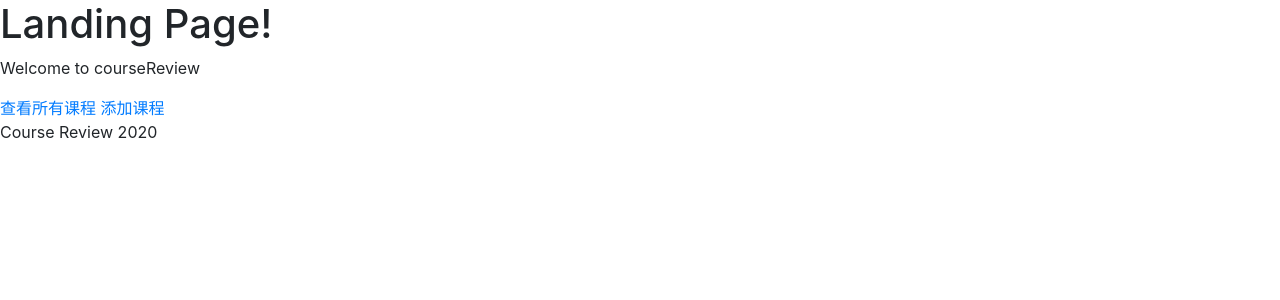
Repository: codewangg/CourseReview
Page: http://localhost/
These files come from the project's save history. The page is drawn as it stood at one moment and after the next save; the edit follows.
The browser window is 1280 px wide. The pictures show the whole page.
The page is served by the project's Node server (app.js).

Above is the page before, as saved 2020-08-15 18:12:31.

After the next save:
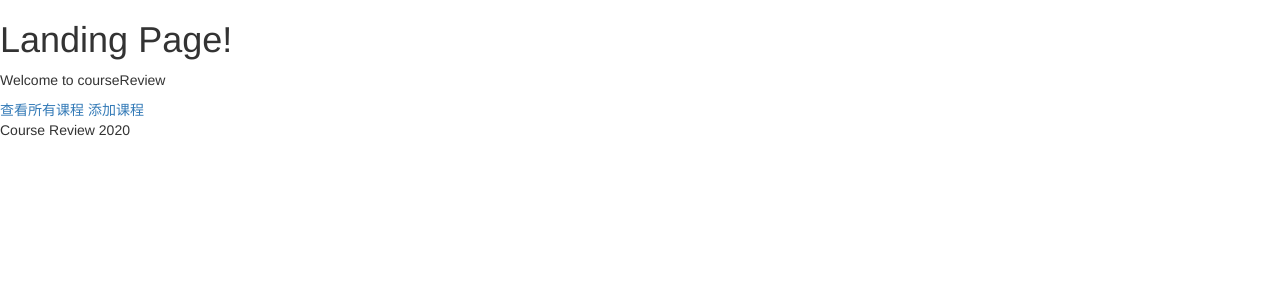
Saved 97 s later.
--- a/views/partials/header.ejs
+++ b/views/partials/header.ejs
@@ -2,6 +2,6 @@
 <html>
     <head>
         <title>CourseReview</title>
-        <link rel = "stylesheet" href="https://stackpath.bootstrapcdn.com/bootstrap/4.5.2/css/bootstrap.min.css">
+        <link rel="stylesheet" href="https://maxcdn.bootstrapcdn.com/bootstrap/3.3.7/css/bootstrap.min.css" integrity="sha384-BVYiiSIFeK1dGmJRAkycuHAHRg32OmUcww7on3RYdg4Va+PmSTsz/K68vbdEjh4u" crossorigin="anonymous">
     </head>
     <body>
